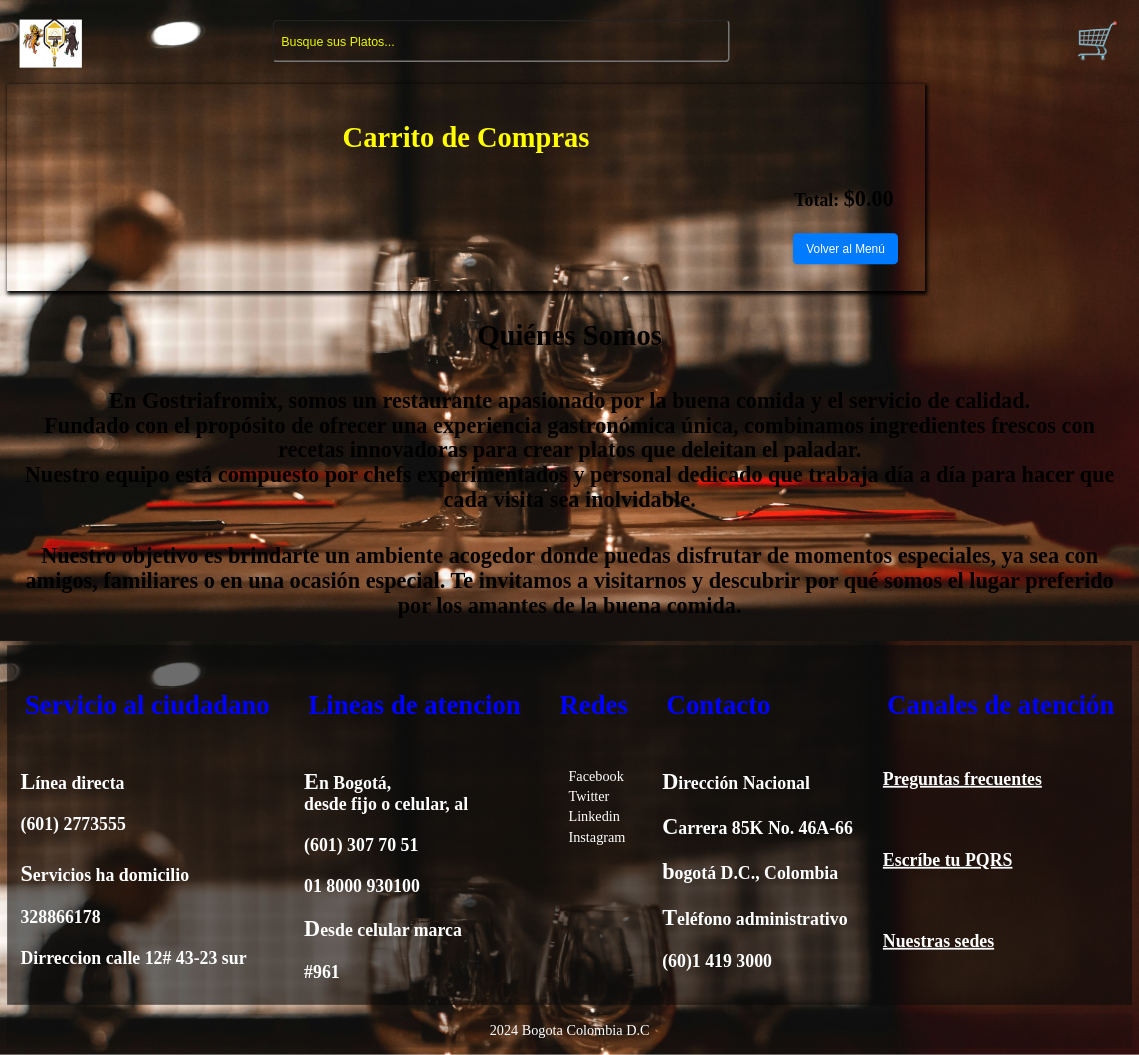
Repository: ye909/app_restaurante
Page: index.html
An editor plug-in stored every save of this project. The page is shown before and after the next save, followed by the edit.
The browser window is 1280 px wide. The pictures show the whole page, at 89% of full size.
Backgrounds fixed to the window are drawn as part of the page.

Above is the page before, as saved 2025-01-11 19:16:10.
Console error: TypeError: Cannot read properties of null (reading 'addEventListener')

After the next save:
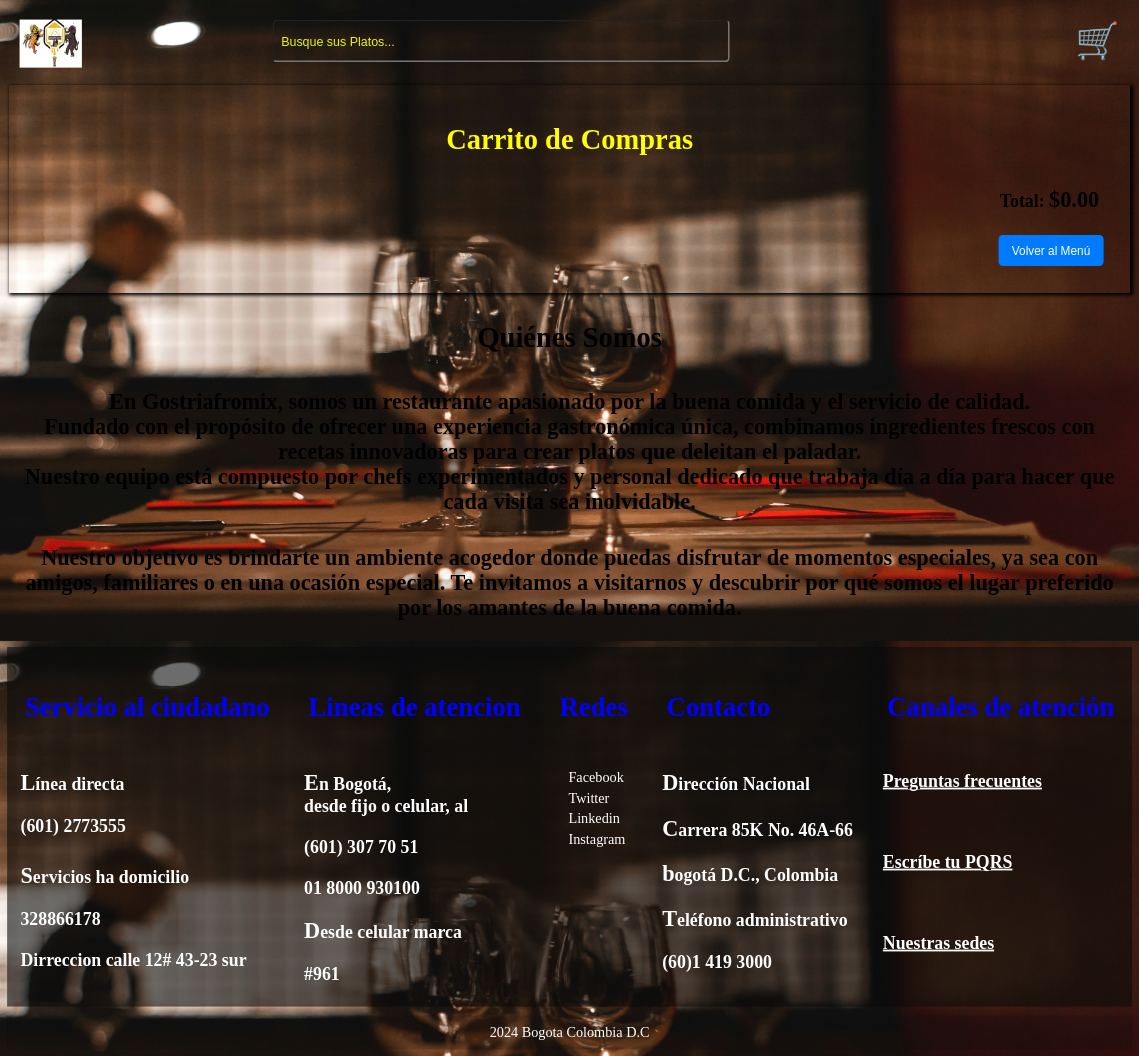
Saved 25 s later.
--- a/css/modal_card.css
+++ b/css/modal_card.css
@@ -1,6 +1,5 @@
 .container_card {
-  width: 80%;
-
+  margin: 2px;
  box-shadow: 2px 2px 4px 2px black ;
  padding: 10px;
 }
